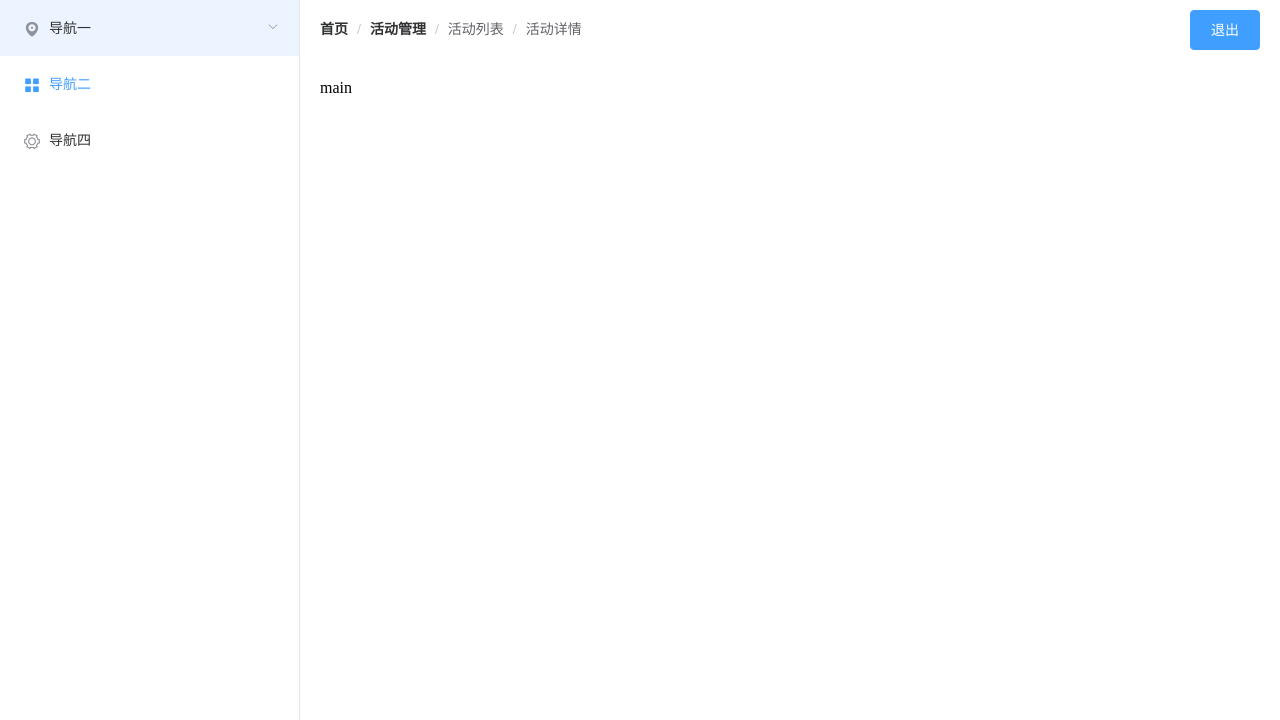
Repository: code1379/vue2-element
Page: / (app in element-admin/)
An editor plug-in stored every save of this project. The page is shown before and after the next save, followed by the edit.
The browser window is 1280 px wide. The pictures show the whole page.
The page's requests for data from a server got no answer. The project was rebuilt for these pictures with package versions that can differ from the ones it lists, and the page was loaded fresh each time. No one was signed in, and anything a server would have sent is missing. Also part of the build but not shown: element-admin/vue.config.js, element-admin/src/views/home/c-cpns/NavItem.vue.

Above is the page before, as saved 2021-06-15 20:42:25.

After the next save:
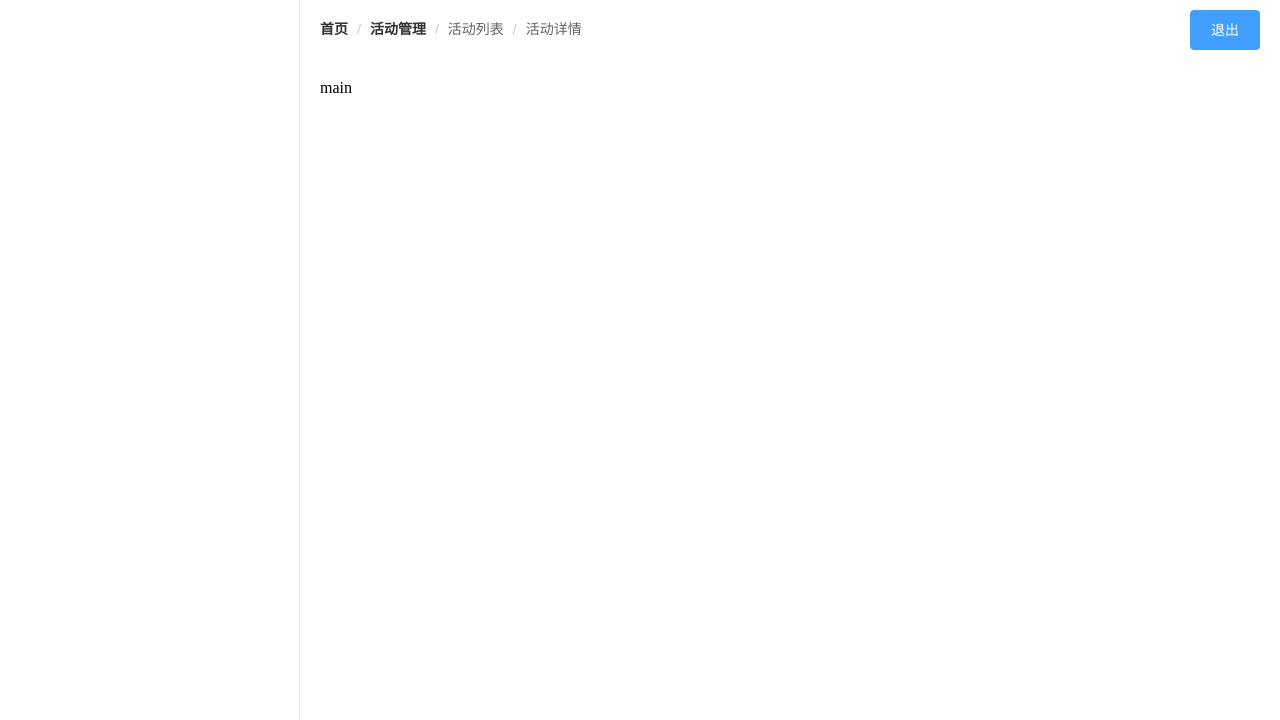
Saved 39 s later.
--- a/element-admin/src/views/home/c-cpns/Nav.vue
+++ b/element-admin/src/views/home/c-cpns/Nav.vue
@@ -1,29 +1,6 @@
 <template>
   <el-menu default-active="2" class="el-menu-vertical-demo">
-    <!-- 有子导航，我们使用 el-submenu -->
-    <el-submenu index="1">
-      <template slot="title">
-        <i class="el-icon-location"></i>
-        <span>导航一</span>
-      </template>
 
-      <el-menu-item index="1-1">选项1</el-menu-item>
-      <el-submenu index="1-4">
-        <template slot="title"
-          ><i class="el-icon-location"></i> <span>选项4</span></template
-        >
-        <!-- <el-menu-item index="1-4-1">选项4-1</el-menu-item> -->
-      </el-submenu>
-    </el-submenu>
-    <!-- 没有子导航，我们使用 el-menu-item -->
-    <el-menu-item index="2">
-      <i class="el-icon-menu"></i>
-      <span slot="title">导航二</span>
-    </el-menu-item>
-    <el-menu-item index="4">
-      <i class="el-icon-setting"></i>
-      <span slot="title">导航四</span>
-    </el-menu-item>
 
     <NavItem
       v-for="(item, index) in items"
